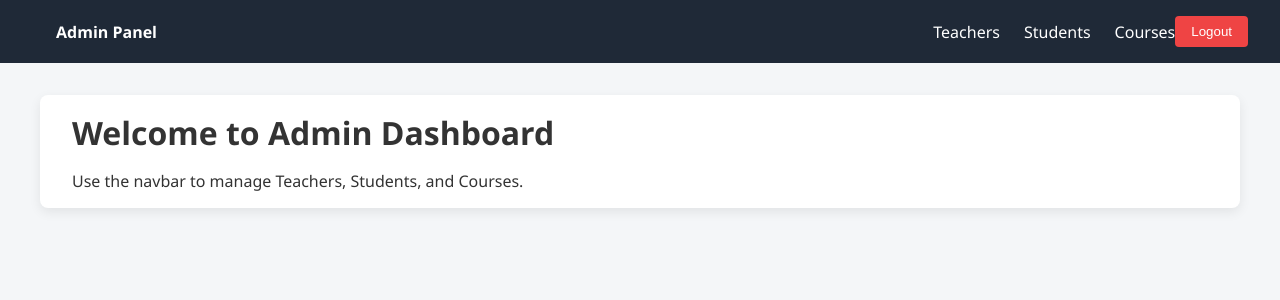
Repository: Fail2/Online-Classroom
Page: http://localhost/adminpanel/dashboard/
The author's editor kept a copy of each file at every save. The page is drawn from the files as they stood at one save, then again after the next save.
The browser window is 1280 px wide. The pictures show the whole page.
The page is served by the project's application, run on Django 5.2 (Edu_Frontend/manage.py).

Above is the page before, as saved 2025-05-24 20:58:54.

After the next save:
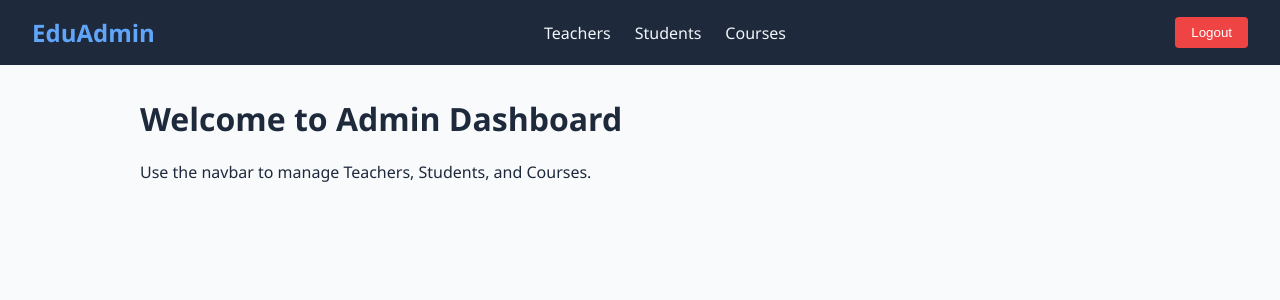
Saved 3 min 15 s later.
--- a/Education_Frontend/Edu_Frontend/adminpanel/templates/adminpanel/base.html
+++ b/Education_Frontend/Edu_Frontend/adminpanel/templates/adminpanel/base.html
@@ -2,58 +2,51 @@
 <html lang="en">
 <head>
     <meta charset="UTF-8">
-    <title>{% block title %}Admin Dashboard{% endblock %}</title>
+    <title>{% block title %}Admin Panel{% endblock %}</title>
 
     <style>
-        /* Base Styles */
-        * {
+        body {
             margin: 0;
-            padding: 0;
-            box-sizing: border-box;
-        }
-
-        body {
             font-family: 'Segoe UI', Tahoma, Geneva, Verdana, sans-serif;
-            background-color: #f4f6f8;
-            color: #333;
+            background-color: #f8fafc;
+            color: #1e293b;
         }
 
         .navbar {
-            background-color: #1f2937;
-            color: #fff;
             display: flex;
             justify-content: space-between;
             align-items: center;
+            background-color: #1e293b;
             padding: 1rem 2rem;
+            color: white;
+            flex-wrap: wrap;
         }
 
-        .navbar a {
-            color: #fff;
+        .navbar-left .brand {
+            font-size: 1.5rem;
+            font-weight: bold;
+            color: #60a5fa;
             text-decoration: none;
-            margin-left: 1.5rem;
+        }
+
+        .navbar-center {
+            display: flex;
+            gap: 1.5rem;
+        }
+
+        .navbar-center a {
+            color: #f1f5f9;
+            text-decoration: none;
+            font-weight: 500;
             transition: color 0.3s;
         }
 
-        .navbar a:hover {
-            color: #60a5fa;
+        .navbar-center a:hover {
+            color: #38bdf8;
         }
 
-        .navbar .nav-links {
-            display: flex;
-            align-items: center;
-        }
-
-        .container {
-            max-width: 1200px;
-            margin: 2rem auto;
-            padding: 1rem 2rem;
-            background-color: #ffffff;
-            border-radius: 8px;
-            box-shadow: 0 4px 12px rgba(0, 0, 0, 0.08);
-        }
-
-        h1 {
-            margin-bottom: 1rem;
+        .navbar-right form {
+            margin: 0;
         }
 
         .logout-btn {
@@ -63,6 +56,7 @@
             color: white;
             border-radius: 4px;
             cursor: pointer;
+            font-weight: 500;
             transition: background 0.3s;
         }
 
@@ -74,48 +68,56 @@
             .navbar {
                 flex-direction: column;
                 align-items: flex-start;
+                gap: 1rem;
             }
 
-            .nav-links {
+            .navbar-center {
                 flex-direction: column;
-                align-items: flex-start;
-                margin-top: 1rem;
+                gap: 0.75rem;
+                width: 100%;
             }
 
-            .nav-links a {
-                margin-left: 0;
-                margin-top: 0.5rem;
+            .navbar-right {
+                width: 100%;
+                text-align: left;
             }
         }
 
-        /* Page-specific CSS here */
+        .container {
+            max-width: 1000px;
+            margin: 2rem auto;
+            padding: 0 1rem;
+        }
+    </style>
 
-    </style>
     {% block extra_css %}{% endblock %}
 </head>
 <body>
 
+    <!-- Navbar -->
     <nav class="navbar">
-        <div class="brand">
-            <a href="{% url 'admin-dashboard' %}"><strong>Admin Panel</strong></a>
+        <div class="navbar-left">
+            <a href="{% url 'admin-dashboard' %}" class="brand">EduAdmin</a>
         </div>
-        <div class="nav-links">
+        <div class="navbar-center">
             <a href="{% url 'teacher-list' %}">Teachers</a>
             <a href="{% url 'student-list' %}">Students</a>
             <a href="{% url 'course-list' %}">Courses</a>
-            <form action="{% url 'admin-logout' %}" method="post" style="display:inline;">
+        </div>
+        <div class="navbar-right">
+            <form action="{% url 'admin-logout' %}" method="post">
                 {% csrf_token %}
                 <button type="submit" class="logout-btn">Logout</button>
             </form>
         </div>
     </nav>
 
+    <!-- Page Content -->
     <div class="container">
         {% block content %}
         {% endblock %}
     </div>
 
     {% block extra_script %}{% endblock %}
-
 </body>
 </html>
